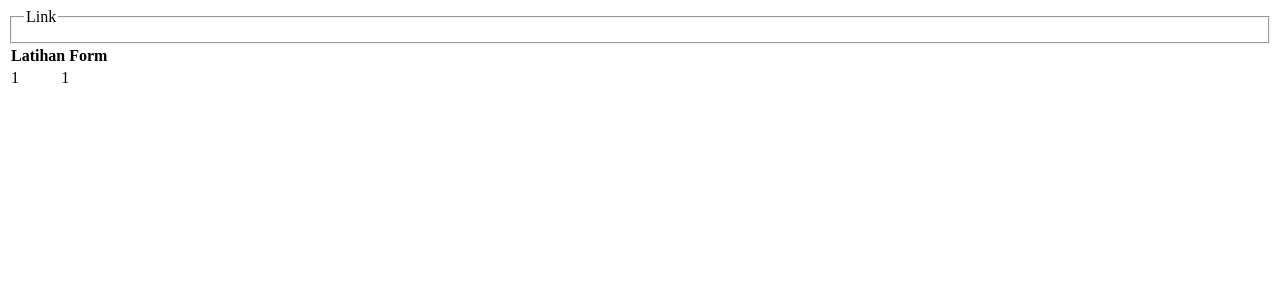
Repository: AHSANS354/tugas-sib5
Page: latihanform.html
The author's editor kept a copy of each file at every save. The page is drawn from the files as they stood at one save, then again after the next save.
The browser window is 1280 px wide. The pictures show the whole page.

Above is the page before, as saved 2023-08-21 11:11:40.

### latihanform.html
<!DOCTYPE html>
<html lang="en">
  <head>
    <meta charset="UTF-8" />
    <meta name="viewport" content="width=device-width, initial-scale=1.0" />
    <title>Document</title>
  </head>
  <body>
    <fieldset>
      <legend>Link</legend>
    </fieldset>
    <table>
      <tr>
        <th colspan="2">Latihan Form</th>
      </tr>
      <tr>
        <td>1</td>
        <td>1</td>
      </tr>
    </table>
  </body>
</html>

After the next save:
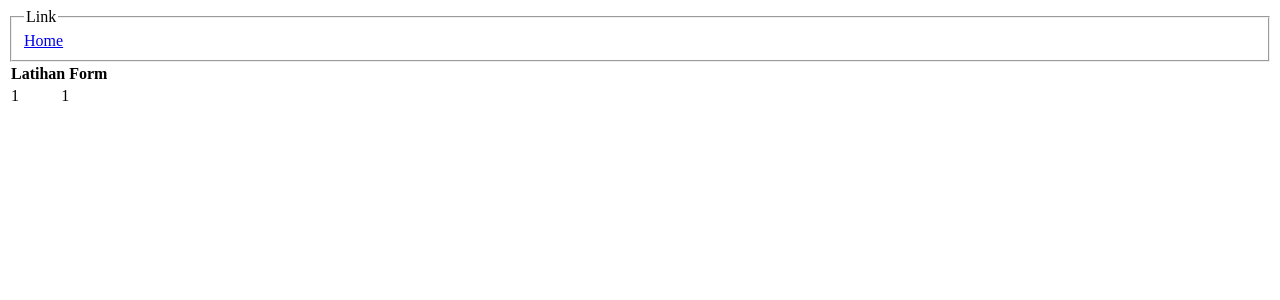
Saved 70 s later.
--- a/latihanform.html
+++ b/latihanform.html
@@ -8,6 +8,7 @@
   <body>
     <fieldset>
       <legend>Link</legend>
+      <a href="/latihan1.html">Home</a>
     </fieldset>
     <table>
       <tr>
